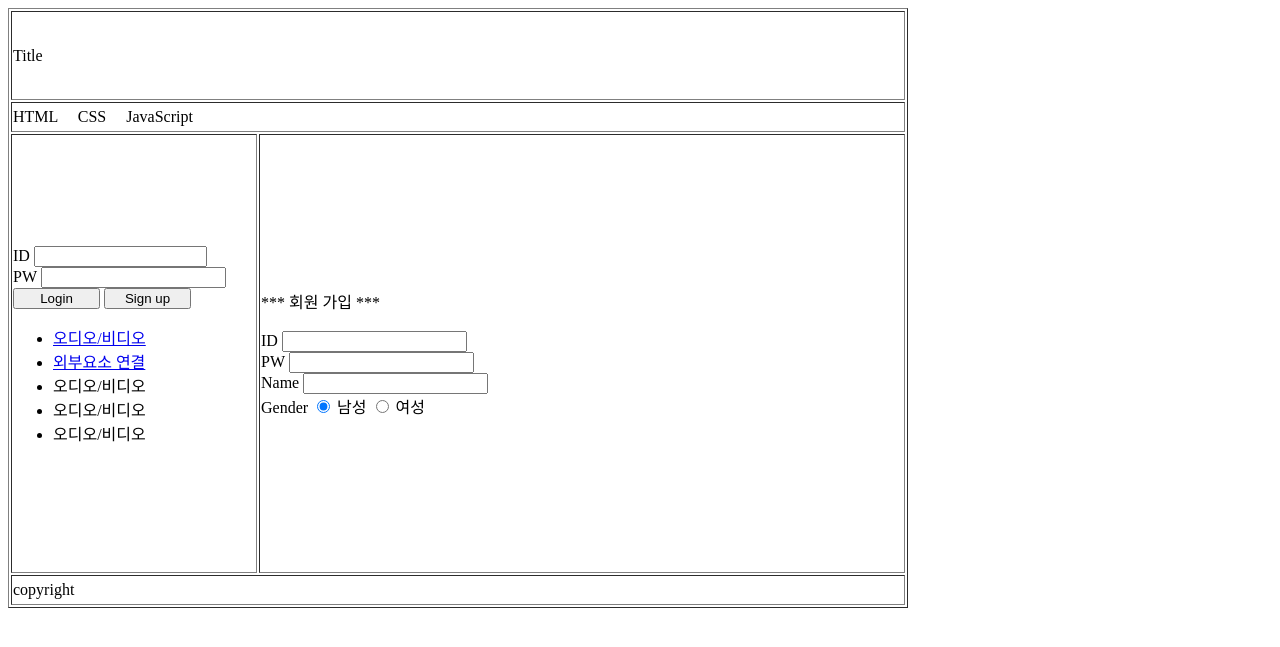
Repository: Hwangjiwon/MultiCampus
Page: http://localhost/2Study/jsp/member_insert.jsp
These files come from the project's save history. The page is drawn as it stood at one moment and after the next save; the edit follows.
The browser window is 1280 px wide. The pictures show the whole page.
The page is served by Tomcat 9. Other server files are loaded and not shown.

Above is the page before, as saved 2019-05-31 01:59:13.

### 2Study/WebContent/jsp/member_insert.jsp
<%@ page language="java" contentType="text/html; charset=UTF-8"
	pageEncoding="UTF-8"%>

<jsp:include page="header.jsp"></jsp:include>
<jsp:include page="side.jsp"></jsp:include>
<td>

	*** 회원 가입 *** <br> <br>
	ID <input type = "text" name = "id" > <br>
	PW <input type = "text" name = "pw" > <br>
	Name <input type = "text" name = "name"> <br>
	Gender <input type = "radio" name = gender" value = "male" checked /> 남성
	<input type = "radio" name = gender" value = "female" /> 여성 <br>

</td>
</tr>
<jsp:include page="copyright.jsp"></jsp:include>

### 2Study/WebContent/jsp/header.jsp
<%@ page language="java" contentType="text/html; charset=UTF-8"
	pageEncoding="UTF-8"%>
<!DOCTYPE html>
<html>
<head>
<meta charset="UTF-8">
<title>HOME</title>
</head>
<body>
	<table border="1" width="900" height="600">
		<tr height="15%">
			<td colspan="2">Title</td>
		</tr>
		<tr height="5%">
			<td colspan="2">HTML &nbsp;&nbsp;&nbsp; CSS &nbsp;&nbsp;&nbsp;
				JavaScript</td>
		</tr>

### 2Study/WebContent/jsp/side.jsp
<%@ page language="java" contentType="text/html; charset=UTF-8"
	pageEncoding="UTF-8"%>
<tr>
	<td width="20%">
		<!-- Java code가 들어갈 수 있는 부분 -->
		<%
			String username = (String)session.getAttribute("username");
			if(username != null) { //login_ok
		%>

			${username}님, 환영합니다.

		<form action="/2Study/Main?sign=logout" method="post">
			<input type="submit" value="Logout">
		</form>

		<%
			} else {
		%>
			<!-- 절대경로화 해서 서블릿으로 요청 보내기 -->
			<form style="width: 242px;" method="post" action="/2Study/Main?sign=login">
				ID <input name="id" style="width: 165px;"><br>
				PW <input name="pw" type="password"><br>
					<input type="submit" value="Login" style="width: 87px;">
					<a href = "/2Study/jsp/member_insert.jsp">
						<input type="button" value="Sign up" style="width: 87px;">
					</a>
			</form>

		<%
			}
		%>

		<ul>
			<!-- Context명부터 써줘서 절대경로화! /프로젝트명/... -->
			<li><a href="/2Study/jsp/audio_video.jsp">오디오/비디오</a></li>
			<li><a href="/2Study/jsp/iframe.jsp">외부요소 연결</a></li>
			<li>오디오/비디오</li>
			<li>오디오/비디오</li>
			<li>오디오/비디오</li>
		</ul>
	</td>

### 2Study/WebContent/jsp/copyright.jsp
<%@ page language="java" contentType="text/html; charset=UTF-8"
	pageEncoding="UTF-8"%>

<tr height="5%">
	<td colspan="2">copyright</td>
</tr>
</table>

</body>
</html>

After the next save:
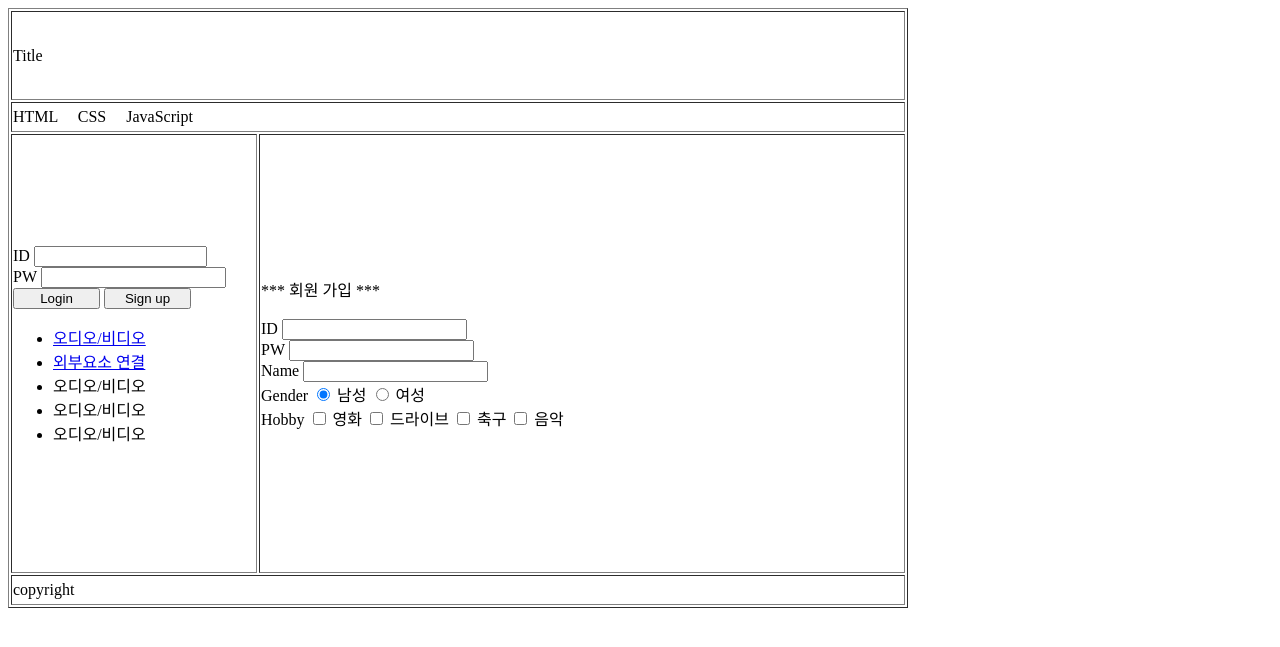
Saved 3 min 27 s later.
--- a/2Study/WebContent/jsp/member_insert.jsp
+++ b/2Study/WebContent/jsp/member_insert.jsp
@@ -11,7 +11,10 @@
 	Name <input type = "text" name = "name"> <br>
 	Gender <input type = "radio" name = gender" value = "male" checked /> 남성
 	<input type = "radio" name = gender" value = "female" /> 여성 <br>
-
+	Hobby <input type ="checkbox" name = "hobby" value = "movie" /> 영화
+	<input type ="checkbox" name = "hobby" value = "drive" /> 드라이브
+	<input type ="checkbox" name = "hobby" value = "soccer" /> 축구
+	<input type ="checkbox" name = "hobby" value = "music" /> 음악
 </td>
 </tr>
 <jsp:include page="copyright.jsp"></jsp:include>
